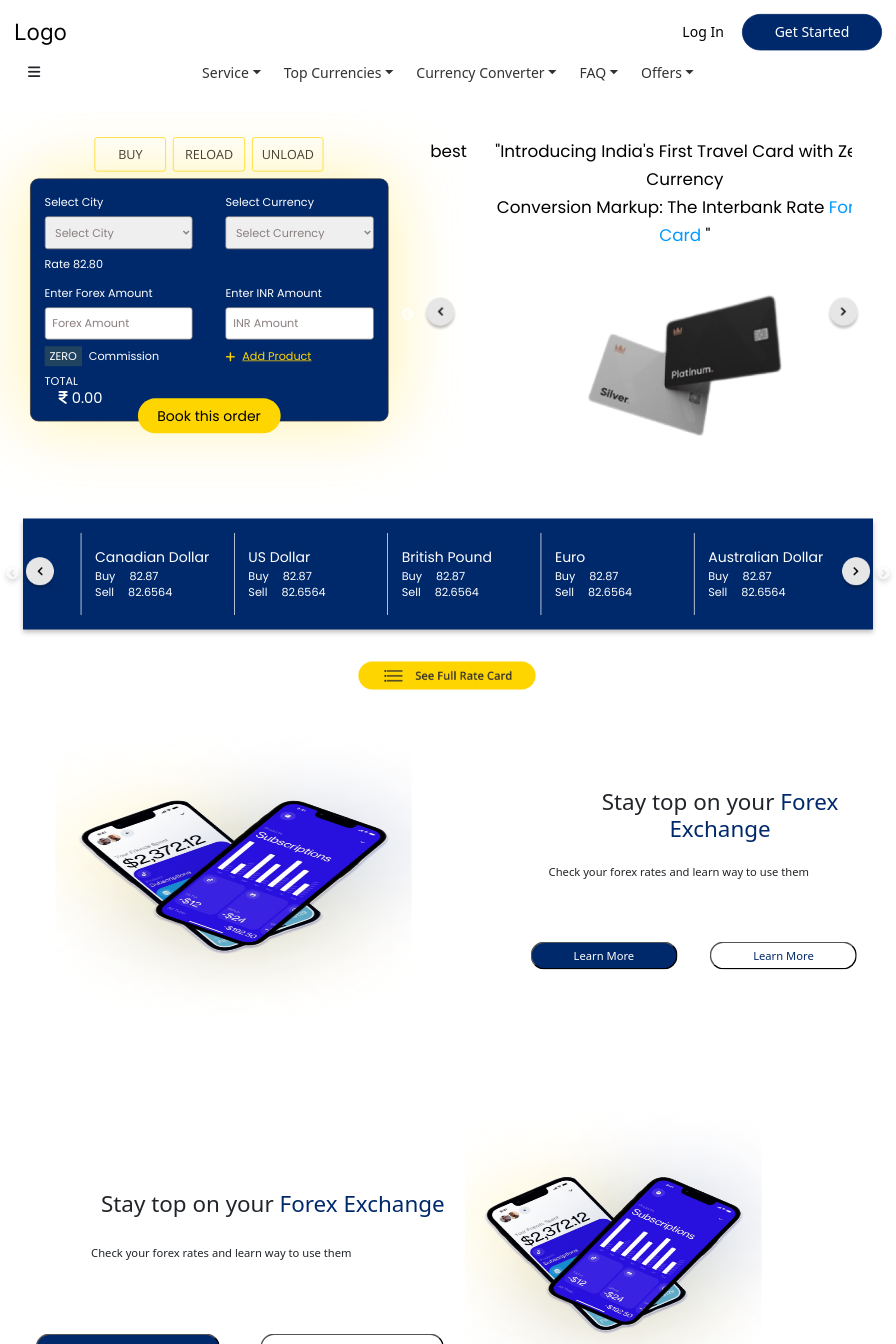
Repository: FlyweisReact/Akshadeep-latest
Page: /
An editor plug-in stored every save of this project. The page is shown before and after the next save, followed by the edit.
The browser window is 1280 px wide. The pictures show the part of the page from y = 0 to 1920 px (the page is 4487 px tall before and 4583 px after), at 70% of full size.
Some web libraries are served in a nearby version. The project was rebuilt for these pictures with package versions that can differ from the ones it lists, and the page was loaded fresh each time. Also part of the build but not shown: src/components/exchange.jsx, src/components/order_p1.jsx, src/components/order_p2.jsx, src/components/faas.jsx, src/components/offer.jsx, src/components/main2.jsx, src/components/home.jsx, src/components/slider.jsx and 6 more.

Above is the page before, as saved 2023-05-23 15:32:51.

### public/index.html
<!DOCTYPE html>
<html lang="en">
  <head>
    <meta charset="utf-8" />
    <link rel="icon" href="%PUBLIC_URL%/favicon.ico" />
    <meta name="viewport" content="width=device-width, initial-scale=1" />
    <meta name="theme-color" content="#000000" />
    <meta
      name="description"
      content="Web site created using create-react-app"
    />
    <link rel="apple-touch-icon" href="%PUBLIC_URL%/logo192.png" />

    <link rel="manifest" href="%PUBLIC_URL%/manifest.json" />
    <link rel="stylesheet" href="https://cdnjs.cloudflare.com/ajax/libs/font-awesome/5.15.3/css/all.min.css" />
    <link href="https://cdn.jsdelivr.net/npm/bootstrap@5.3.0-alpha1/dist/css/bootstrap.min.css" rel="stylesheet" integrity="sha384-GLhlTQ8iRABdZLl6O3oVMWSktQOp6b7In1Zl3/Jr59b6EGGoI1aFkw7cmDA6j6gD" crossorigin="anonymous">
    <title>React App</title>
  </head>
  <body>
    <noscript>You need to enable JavaScript to run this app.</noscript>
    <div id="root"></div>
    <script src="https://kit.fontawesome.com/b533b351e4.js" crossorigin="anonymous"></script>
  </body>
</html>

### src/components/Main.jsx
/** @format */

import React from "react";
import Navbar from "./navbar";
import "react-responsive-carousel/lib/styles/carousel.min.css";
import BottomCont from "./bottom_cont";
import Footer from "./footer";
import img from "../Images/a-7.png";
import img4 from "../Images/a-57.png";
import img5 from "../Images/a-58.png";
import UpperForm from "./Component/Index/UpperForm";
import UpperSlider from "./Component/Index/UpperSlider";
import CurrencySlider from "./Component/Index/CurrencySlider";

function Main() {
  return (
    <>
      <Navbar />

      <div  className="upper-two-component">
        <div className="left-component">
          <UpperForm />
        </div>
        <div className="right-component">
          <UpperSlider />
        </div>
      </div>


      <div className="Index-currency_cont">
      <CurrencySlider />
      </div>







      <div className="main-mid-2-cont">
        <img src={img5} alt="" />
      </div>
      <div className="main-2-cont">
        <div className="main-2-left">
          <img src={img} alt="" />
        </div>
        <div className="main-2-right">
          <h2>
            Stay top on your <spam className="sp">Forex Exchange</spam>
          </h2>
          <p>Check your forex rates and learn way to use them</p>
          <div className="main-2-r-btn">
            <button className="main-2l-btn">Learn More</button>
            <button className="main-2r-btn">Learn More</button>
          </div>
        </div>
      </div>
      <div className="main-3-cont">
        <div className="main-3-left">
          <h2>
            Stay top on your <spam className="sp">Forex Exchange</spam>
          </h2>
          <p>Check your forex rates and learn way to use them</p>
          <div className="main-2-r-btn">
            <button className="main-2l-btn">Learn More</button>
            <button className="main-2r-btn">Learn More</button>
          </div>
        </div>
        <div className="main-3-right">
          <img src={img} alt="" />
        </div>
      </div>
      <BottomCont />
      <Footer />
    </>
  );
}

export default Main;

### src/Style/Header.css
/** @format */

.Sticky-Header-Companent {
  height: 100%;
  background-color: var(--white);
  position: sticky;
  top: 0;
  z-index: 999;
  padding: 20px;
  transition: box-shadow 0.3s ease;
}

.scrolled {
  box-shadow: rgba(0, 0, 0, 0.24) 0px 3px 8px;
}

.Header {
  width: 100%;
  display: flex;
  justify-content: space-between;
  align-items: center;
}

.Header .left-component a {
  font-family: InterFont;
  font-size: 2rem;
  color: #000000;
  cursor: pointer;
  text-decoration: none;
}

.Header .right-component {
  display: flex;
  gap: 20px;
}
.Header .right-component .btn1 {
  font-weight: 500;
  font-size: var(--medium-font);
  color: var(--black);
  background-color: transparent;
  border: none;
}
.Header .right-component .btn2 {
  font-size: var(--medium-font);
  color: var(--white);
  background-color : #00296B;
  border: 1px solid #00296B;
  padding: 10px;
  width: 200px;
  border-radius: var(--half-border);
}

/* Category Drop- Down */
.Drop-Category-Bar {
  display: flex;
  align-items: center;
}
.Drop-Category-Bar .left-container {
  width: 20%;
  padding: 20px;
}

.Drop-Category-Bar .right-Container {
  display: flex;
  width: 60%;
  justify-content: space-evenly;
}

.Drop-Category-Bar .left-container i {
  font-size: var(--medium-font);
  cursor: pointer;
}
.Drop-Category-Bar .right-Container #dropdown-basic {
  border: none;
  font-size: var(--medium-font);
  font-style: normal;
  line-height: 29px;
  color: #333131;
}
.Drop-Category-Bar .right-Container #dropdown-button-drop-end {
  width: 100%;
  display: flex;
  justify-content: space-between;
  gap: 20px;
  align-items: center;
  font-size: var(--small-font);
  border: none;
}
.Drop-Category-Bar .right-Container .dropdown-item {
  width: 100%;
  font-size: var(--small-font);
  border: none;
  padding-left: 12px;
}

/* FullScreen Offcanvas */
.offcanvas.offcanvas-start {
  width: 100% !important;
  background-color: transparent;
}
.offcanvas-backdrop.show {
  opacity: 0.9 !important;
}
.Offcanvas-Menu {
  position: relative;
  padding: 20px;
}
.Offcanvas-Menu .fa-x {
  font-size: var(--medium-font);
  color: #fff;
  position: absolute;
  right: 20px;
  top: 20px;
  cursor: pointer;
}
.Offcanvas-Menu .Menu-Items {
  display: flex;
  justify-content: space-evenly;
  align-items: center;
  position: absolute;
  top: 50%;
  gap: 20px;
  left: 50%;
  transform: translate(-50%, -50%);
  width: 100%;
  padding-left: 5%;
  padding-right: 5%;
}
.Offcanvas-Menu .Menu-Items div {
  width: 20%;
  cursor: pointer;
}
.Offcanvas-Menu .Menu-Items div img {
  display: block;
  margin: auto;
}
.Offcanvas-Menu .Menu-Items div a {
  text-decoration: none;
}
.Offcanvas-Menu .Menu-Items p {
  font-size: var(--medium-font);
  color: #ffffff;
  text-align: center;
  margin-top: 10px;
  font-family: OpenFont;
  text-decoration: none;
  width: 100%;
}

### src/Style/Layout.css
/* Two Section Component */
.upper-two-component {
    display: flex;
    justify-content: space-evenly;
    padding-top: 20px;
}
.upper-two-component .left-component{
    width: 40%;
}
.upper-two-component .right-component{
    width: 50%;
}

/* Currency Container */
.Index-currency_cont{
    width: 98%;
    margin: auto;
    padding: 20px;
    filter: drop-shadow(0px 4px 4px rgba(0, 0, 0, 0.25));
}

### src/components/navbar.jsx
import Header from "./Layout/Header";

const Navbar = () => {
  return (
    <>
      <Header />

    </>
  );
};

export default Navbar;

### src/components/bottom_cont.jsx
import React from "react";
import img from "../Images/a-33.png";
import img2 from "../Images/a-34.png";
import img3 from "../Images/a-35.png";
import img4 from "../Images/a-36.png";
import img5 from "../Images/a-37.png";
import img6 from "../Images/a-51.png";

const BotCont = () => {
  return (
    <>
      <div className="bot-part-1">
        <div className="bot-cont-imgs">
          <div>
            <img src={img} />
            <h6>USD 1 Billion+</h6>
            <p>Exchanged so far</p>
          </div>
          <div>
            <img src={img2} />
            <h6>3,00,000+</h6>
            <p>Happy Customers</p>
          </div>
          <div>
            <img src={img3} />
            <h6>5000+</h6>
            <p>Banks and Money Exchangers</p>
          </div>
        </div>
      </div>
      <div className="bot-part-3">
        <img src={img6} />
      </div>
      <div className="bot-part-2">
        <h3>Media Mentions</h3>
        <div className="bot-part-2-sub">
          <div className="bot-cont-card">
            <h4>Loren Ipsum Id best Platform out there</h4>
            <p>
              Lorem Ipsum is simply dummy text of the printing and typesetting
              industry. Lorem Ipsum has been the industry's standard dummy text
              ever since the 1500s, when an unknown printer took a galley of
              type and scrambled it to make a type specimen book.
            </p>
            <div className="thin-line"></div>
            <div className="bot-cont-card-2">
              <img src={img4} />
              <p>5 star</p>
            </div>
          </div>
          <div className="bot-cont-card">
            <h4>Loren Ipsum Id best Platform out there</h4>
            <p>
              Lorem Ipsum is simply dummy text of the printing and typesetting
              industry. Lorem Ipsum has been the industry's standard dummy text
              ever since the 1500s, when an unknown printer took a galley of
              type and scrambled it to make a type specimen book.
            </p>
            <div className="thin-line"></div>
            <div className="bot-cont-card-2">
              <img src={img5} style={{height:"40px"}} />
              <p>5 star</p>
            </div>
          </div>
        </div>
      </div>
    </>
  );
};

export default BotCont;

### src/components/footer.jsx
import React from "react";

const Footer = () => {
  return (
    <footer className="footer">
      <div className="footer-cont">
        <div className="foot-row">
          <div className="foot-col">
            <h3>Company</h3>
            <p>About Us</p>
            <p>Contact Us</p>
            <p>Careers</p>
          </div>
          <div className="foot-col">
            <h3>Services</h3>
            <p>Prepaid Travel Card</p>
            <p>Foreign Demand Draft</p>
            <p>Foreign Currency</p>
            <p>Educational Loans</p>
            <p>Remmittance</p>
            <p>Travel Insurance</p>
            <p>Forex as a Service (Faas Solution)</p>
          </div>
          <div className="foot-col">
            <h3>Quick Links</h3>
            <p>FAQs</p>
            <p>Cancellation & Refund Policy</p>
            <p>Forex Rates</p>
            <p>Our Policies</p>
            <p>Terms of Use</p>
            <p>Site Map</p>
            <p>Offers</p>
          </div>
          <div className="foot-col">
            <h3>Insight</h3>
            <p>Blogs</p>
            <p>Press Release</p>
            <p>Foreign Currency</p>
            <p>Educational Loans</p>
            <p>Remmittance</p>
            <p>Travel Insurance</p>
            <p>Forex as a Service (Faas Solution)</p>
          </div>
          <div className="foot-col">
            <h3>Registered Office Address</h3>
            <p>Lorem Ipsum Pvt ltd.</p>
            <p>P-701 to P-705 lorem ipsum , 7th floor, 11th tower, panchsheel primerose, vatista
                , Gurugram, Hariyana
            </p>
            {/*<ul className="social-icons">
              <li>
                <a href="#">
                  <i className="fab fa-facebook-f"></i>
                </a>
              </li>
              <li>
                <a href="#">
                  <i className="fab fa-twitter"></i>
                </a>
              </li>
              <li>
                <a href="#">
                  <i className="fab fa-linkedin"></i>
                </a>
              </li>
              <li>
                <a href="#">
                  <i className="fab fa-instagram"></i>
                </a>
              </li>
            </ul>*/}
          </div>
        </div>
      </div>
      <div className="footer-bottom">
        <p>&copy; 2023 Forex Inc. All Rights Reserved.</p>
      </div>
    </footer>
  );
};

export default Footer;

### src/components/Component/Index/UpperSlider.js
/** @format */
import { useRef } from "react";
import Slider from "react-slick";
import "slick-carousel/slick/slick.css";
import "slick-carousel/slick/slick-theme.css";
import img from "../../../Images/9.png";
import img1 from "../../../Images/10.png";
import img2 from "../../../Images/11.png";
import img4 from "../../../Images/12.png";
import img5 from "../../../Images/13.png";
import img6 from "../../../Images/14.png";

const UpperSlider = () => {
  const sliderRef = useRef(null);
  const settings = {
    dots: false,
    infinite: true,
    speed: 500,
    slidesToShow: 1,
    slidesToScroll: 1,
    autoplay: true,
    autoplaySpeed: 1500,
  };

  const nextSlide = () => {
    sliderRef.current.slickNext();
  };

  const prevSlide = () => {
    sliderRef.current.slickPrev();
  };

  return (
    <>
      <div className="slick-slider-Cont">
        <Slider {...settings} ref={sliderRef} className="Slick-Slider">
          <div className="slider-container-div">
            <p>
              "Introducing India's First Travel Card with Zero Currency <br />{" "}
              Conversion Markup: The Interbank Rate{" "}
              <span style={{ color: "#0099ff" }}>Forex Card</span> "
            </p>
            <img src={img} alt="" />
          </div>

          <div className="slider-container-div">
            <p>
              Travel Abroad <br /> Pay Like in India
            </p>
            <div className="two-comp">
              <div className="left-comp">
                <img src={img1} alt="" />
              </div>
              <div className="right-comp">
                <div>
                  <i class="fa-solid fa-check"></i>
                  <p>
                    Horem ipsum dolor sit amet, consectetur <br />
                    adipiscing elit.
                  </p>
                </div>
                <div>
                  <i class="fa-solid fa-check"></i>
                  <p>
                    Horem ipsum dolor sit amet, consectetur <br />
                    adipiscing elit.
                  </p>
                </div>
                <div>
                  <i class="fa-solid fa-check"></i>
                  <p>
                    Horem ipsum dolor sit amet, consectetur <br />
                    adipiscing elit.
                  </p>
                </div>
                <div>
                  <i class="fa-solid fa-check"></i>
                  <p>
                    Horem ipsum dolor sit amet, consectetur <br />
                    adipiscing elit.
                  </p>
                </div>
              </div>
            </div>
          </div>

          <div className="slider-container-div">
            <p>
              Loren Epsom student offer is <br />
              Now Live
            </p>
            <div className="two-comp">
              <div className="left-comp">
                <img src={img2} alt="" />
              </div>
              <div className="right-comp">
                <div>
                  <i class="fa-solid fa-check"></i>
                  <p>
                    Horem ipsum dolor sit amet, consectetur <br />
                    adipiscing elit.
                  </p>
                </div>
                <div>
                  <i class="fa-solid fa-check"></i>
                  <p>
                    Horem ipsum dolor sit amet, consectetur <br />
                    adipiscing elit.
                  </p>
                </div>
                <div>
                  <i class="fa-solid fa-check"></i>
                  <p>
                    Horem ipsum dolor sit amet, consectetur <br />
                    adipiscing elit.
                  </p>
                </div>
                <div>
                  <i class="fa-solid fa-check"></i>
                  <p>
                    Horem ipsum dolor sit amet, consectetur <br />
                    adipiscing elit.
                  </p>
                </div>
              </div>
            </div>
          </div>

          <div className="slider-container-div">
            <p>
              Buy & Sell foreign currencyp notes online at best <br />
              rates with loren Ipsom
            </p>
            <div className="two-comp">
              <div className="left-comp">
                <img src={img4} alt="" />
              </div>
              <div className="right-comp">
                <div>
                  <i class="fa-solid fa-check"></i>
                  <p>
                    Horem ipsum dolor sit amet, consectetur <br />
                    adipiscing elit.
                  </p>
                </div>
                <div>
                  <i class="fa-solid fa-check"></i>
                  <p>
                    Horem ipsum dolor sit amet, consectetur <br />
                    adipiscing elit.
                  </p>
                </div>
                <div>
                  <i class="fa-solid fa-check"></i>
                  <p>
                    Horem ipsum dolor sit amet, consectetur <br />
                    adipiscing elit.
                  </p>
                </div>
                <div>
                  <i class="fa-solid fa-check"></i>
                  <p>
                    Horem ipsum dolor sit amet, consectetur <br />
                    adipiscing elit.
                  </p>
                </div>
              </div>
            </div>
          </div>
        </Slider>
        <div className="Prev-Next_cont">
        <img src={img5} onClick={prevSlide} className='PrevImg' alt='' />
      <img src={img6} onClick={nextSlide} className='NextImg' alt='' />
        </div>
      </div>
    </>
  );
};

export default UpperSlider;

### src/components/signup.jsx
import Button from "react-bootstrap/Button";
import Modal from "react-bootstrap/Modal";

function MyVerticallyCenteredModal(props) {
  return (
    <Modal
      {...props}
      size="lg"
      aria-labelledby="contained-modal-title-vcenter"
      centered
    >
      <Modal.Body>
        <div className="popupe-container">
          <div className="popupe">
            <span className="close" onClick={props.onHide}>
              &times;
            </span>
            <h2 className="form-title">Register</h2>
            <form>
              <div class="form-groupe">
                <label for="name" className="label-inp">Name</label>
                <input type="text" id="name" name="name" placeholder="Enter your name here" />
              </div>
              <div class="form-groupe">
                <label for="mobile" className="label-inp">Mobile Number</label>
                <input type="email" id="email" name="email" placeholder="Enter your mobile no here"/>
              </div>
              <div class="form-groupe">
                <label for="email" className="label-inp">Email</label>
                <input type="email" id="email" name="email" placeholder="Enter your email here"/>
              </div>
              <button type="submit" className="btn-form-submit">Submit</button>
            </form>
            <h2 className="form-title">Or</h2>
            <div className="form-bot-cont">
              <div className="left-btn">
                  <button className="btn-2">
                  <i class="fab fa-facebook-f fc" ></i>
                  facebook</button>
              </div>
              <div className="right-btn">
                  <button className="btn-2">
                  <i class="fab fa-google-plus-g gl"></i>
                    Google</button>
              </div>
            </div>
            </div>
          </div>
      </Modal.Body>
    </Modal>
  );
}

export default MyVerticallyCenteredModal;

### src/components/login.jsx

import Modal from "react-bootstrap/Modal";

function MyVerticallyCenteredModal(props) {
  return (
    <Modal
      {...props}
      size="lg"
      aria-labelledby="contained-modal-title-vcenter"
      centered
    >
      <Modal.Body>
        <div className="popupe-container">
          <div className="popupe">
            <span className="close" onClick={props.onHide}>
              &times;
            </span>
            <h2 className="form-title">Login</h2>
            <form>
              <div class="form-groupe">
                <label for="name" className="label-inp">Mobile Number/ Email Id</label>
                <input type="text" id="name" name="name" placeholder="Enter mobile number/ email Id" />
              </div>
              <button type="submit" className="btn-form-submit">Submit</button>
            </form>
            </div>
            <h2 className="form-title">Or</h2>
            <div className="form-bot-cont">
              <div className="left-btn">
                  <button className="btn-2">
                  <i class="fab fa-facebook-f fc" ></i>
                  facebook</button>
              </div>
              <div className="right-btn">
                  <button className="btn-2">
                  <i class="fab fa-google-plus-g gl"></i>
                    Google</button>
              </div>
            </div>
          </div>
      </Modal.Body>
    </Modal>
  );
}

export default MyVerticallyCenteredModal;

Loaded but not shown: src/Json/menu.json (187 lines, source omitted); src/components/Component/Index/CurrencySlider.js (162 lines, source omitted); src/components/Component/Index/UpperForm.js (74 lines, source omitted); src/components/Layout/DropBar.js (60 lines, source omitted); src/components/Layout/Sidebar.js (70 lines, source omitted); src/App.js (50 lines, source omitted); src/components/Layout/Header.js (56 lines, source omitted); src/index.js (13 lines, source omitted); src/index.css (2406 lines, source omitted); src/Style/Component.css (280 lines, source omitted)

After the next save:
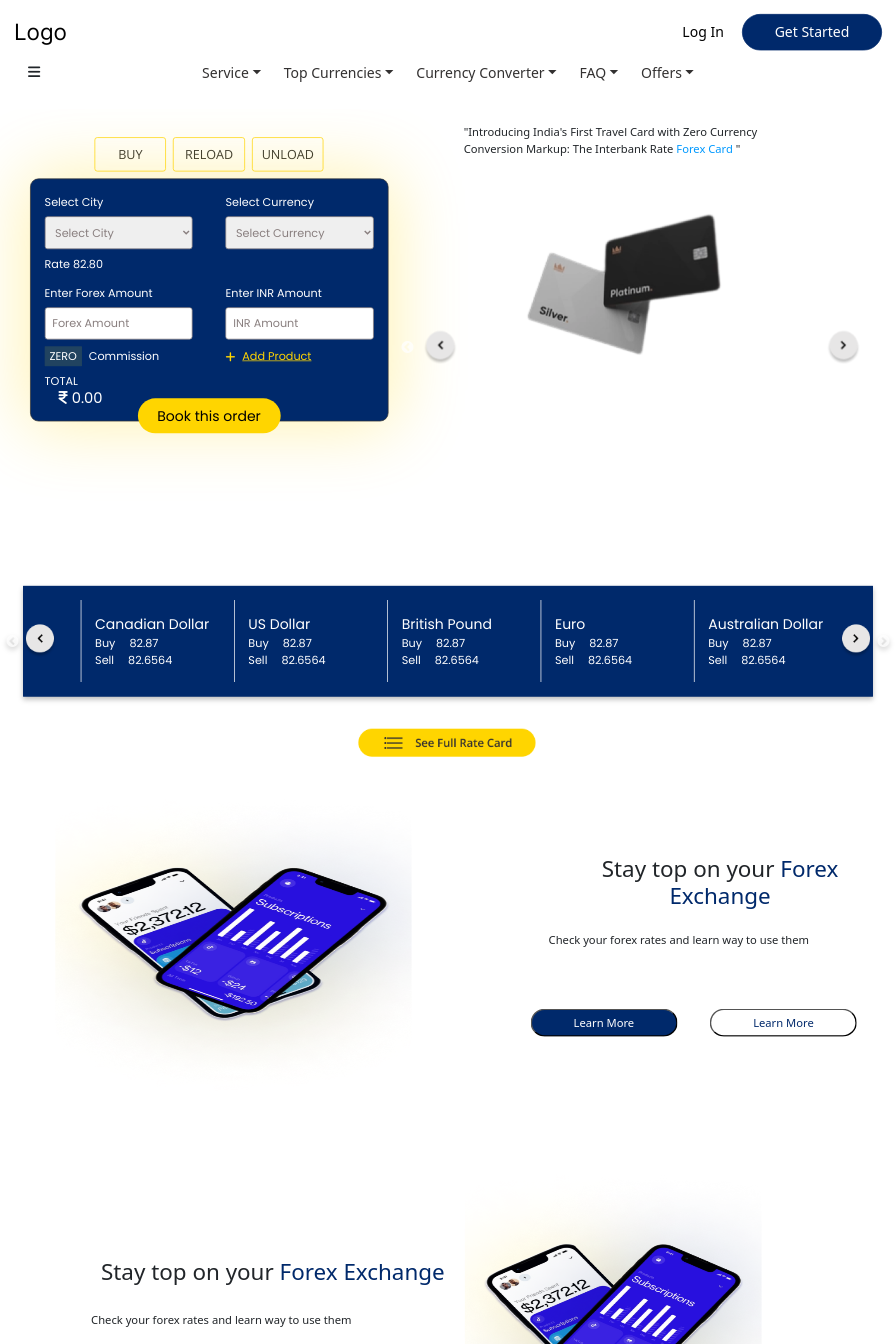
Saved 12 s later.
--- a/src/components/Component/Index/UpperSlider.js
+++ b/src/components/Component/Index/UpperSlider.js
@@ -33,7 +33,7 @@ const UpperSlider = () => {
   return (
     <>
       <div className="slick-slider-Cont">
-        <Slider {...settings} ref={sliderRef} className="Slick-Slider">
+        <Slider {...settings} ref={sliderRef} className="Slick-Slider_upper">
           <div className="slider-container-div">
             <p>
               "Introducing India's First Travel Card with Zero Currency <br />{" "}
